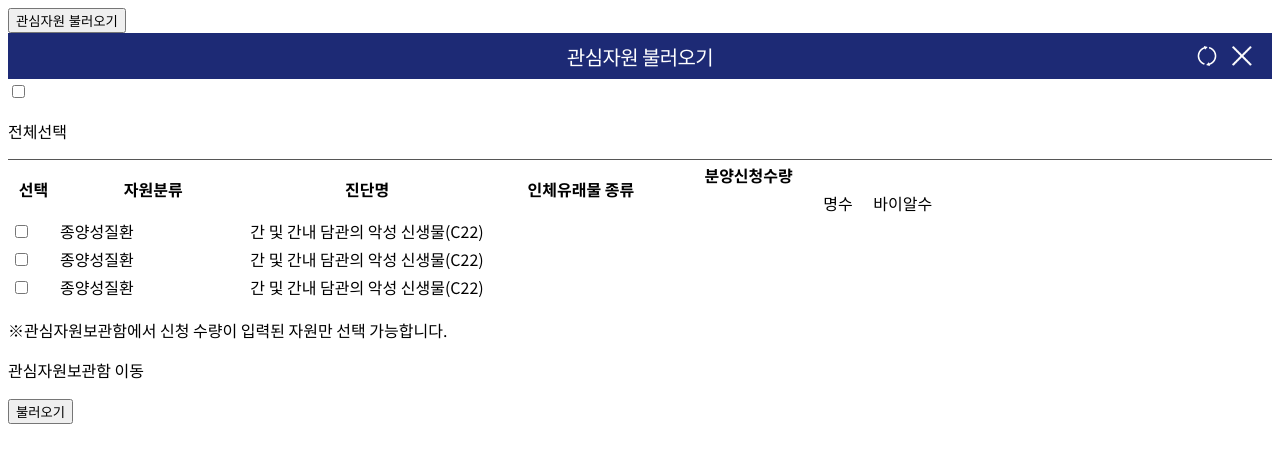
Repository: dlgywls1130/one_popup
Page: index.html
These files come from the project's save history. The page is drawn as it stood at one moment and after the next save; the edit follows.
The browser window is 1280 px wide. The pictures show the whole page.

Above is the page before, as saved 2023-10-25 00:07:37.

After the next save:
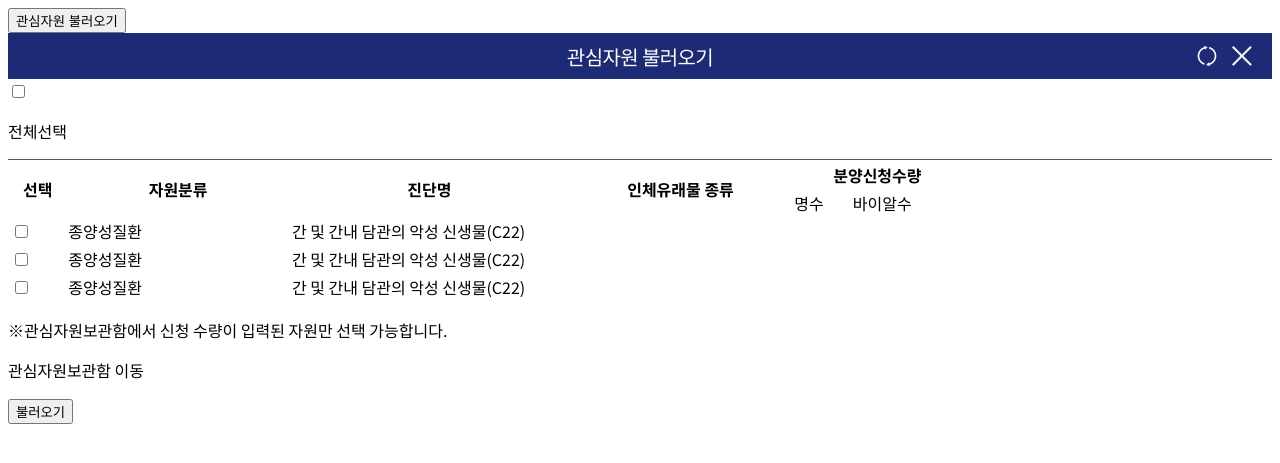
Saved 21 s later.
--- a/index.html
+++ b/index.html
@@ -40,9 +40,6 @@
                         <th colspan='2'>분양신청수량</th>
                     </tr>
                     <tr>
-                        <td></td>
-                        <td></td>
-
                         <td>명수</td>
                         <td>바이알수</td>
                     </tr>
